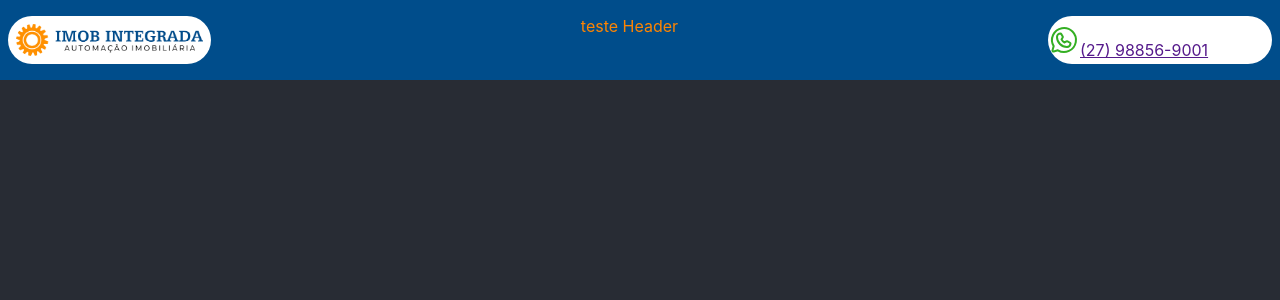
Repository: K0slov/testeAPI
Page: /
These files come from the project's save history. The page is drawn as it stood at one moment and after the next save; the edit follows.
The browser window is 1280 px wide. The pictures show the whole page.
The project was rebuilt for these pictures with package versions that can differ from the ones it lists, and the page was loaded fresh each time. Also part of the build but not shown: vite.config.ts.

Above is the page before, as saved 2022-06-27 15:03:34.

After the next save:
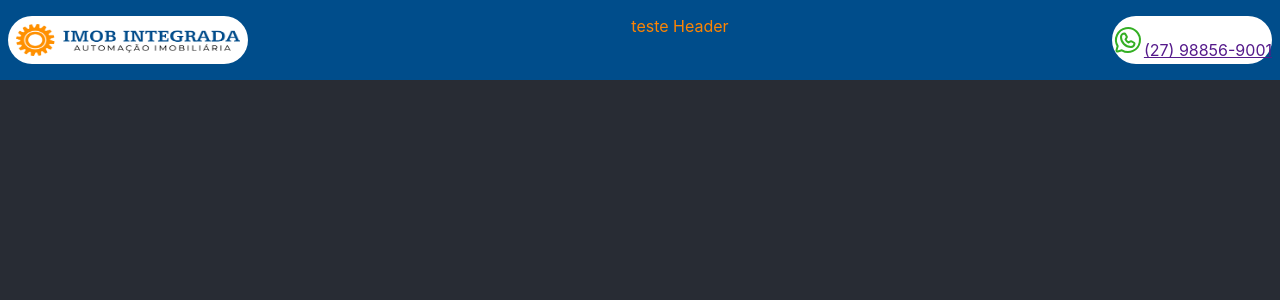
Saved 12 s later.
--- a/src/components/Header/style.modeule.css
+++ b/src/components/Header/style.modeule.css
@@ -8,14 +8,14 @@ header{
 }
 
 img{
-    width: auto;
+    width: 14rem;
     height: 2rem;
     background: white;
     border-radius: 4rem;
     padding: 0.5rem;
 }
 .wpp {
-    width: 14rem;
+    width: auto;
     height: 2rem;
     display: flex;
     background: white;
